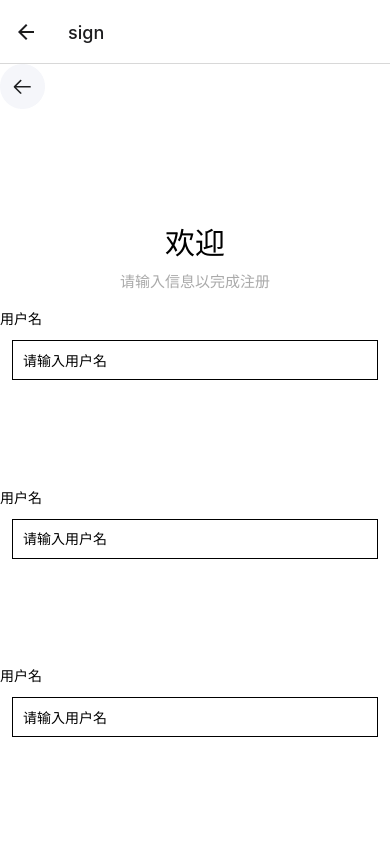
Repository: eyebone/barManager
Screen: /sign
The author's editor kept a copy of each file at every save. The screen is drawn from the files as they stood at one save, then again after the next save.
The app was drawn by React Native's web renderer in a window 390 px wide. The project was rebuilt for these pictures with package versions that can differ from the ones it lists, and the page was loaded fresh each time. Some packages were replaced by stand-ins written for this rebuild. Also part of the build but not shown: components/EmojiPicker.js, components/Button.js, components/ImageViewer.js, components/circleButton.js, components/IconButton.js, view/ViewOne.js.

Above is the screen before, as saved 2023-06-26 10:12:20.

### App.js
// In App.js in a new project

import * as React from 'react';
import { Button, View, Text } from 'react-native';
import { NavigationContainer } from '@react-navigation/native';
import { createNativeStackNavigator } from '@react-navigation/native-stack';
import { ViewOne } from './view/ViewOne';
import { SignView } from './view/Sign';
//
function HomeScreen({ navigation }) {
  return (
    <View style={{ flex: 1, alignItems: 'center', justifyContent: 'center' }}>
      <Text>Home Screen</Text>
      <Button
        title="Go to Details"
        onPress={() => navigation.navigate('test')}
      />
      <Button
              title="Go to Sign"
              onPress={() => navigation.navigate('sign')}
            />
    </View>
  );
}

function DetailsScreen() {
  return (
    <View style={{ flex: 1, alignItems: 'center', justifyContent: 'center' }}>
      <Text>Details Screen</Text>
    </View>
  );
}

const Stack = createNativeStackNavigator();

function App() {
  return (
    <NavigationContainer>
      <Stack.Navigator>
        <Stack.Screen name="Home"
        component={HomeScreen} />
         <Stack.Screen name="test"
          component={ViewOne} />
          <Stack.Screen name="sign"
                    component={SignView} />
        </Stack.Navigator>
    </NavigationContainer>
  );
}

export default App;

### view/Sign.js
import { StatusBar } from "expo-status-bar";
import { StyleSheet, View, Text } from "react-native";
import Button from "../components/Button";
import ImageViewer from "../components/ImageViewer";
import * as ImagePicker from "expo-image-picker";
import { useState } from "react";
const PlaceholderImage = require("../assets/images/background-image.png");
import * as React from "react";
import {
  FlatList,
  Image,
  Platform,
  Pressable,
  PixelRatio,
  TextInput,
} from "react-native";

//import {Text } from 'react-native';

export function SignView() {
  return (
    <View style={styles.container}>
      <Image source={require("../assets/bar/Back.png")} />
      <View style={styles.welcomeContainer}>
        <Text style={styles.welcomeText} numberOfLines={1}>
          欢迎
        </Text>
        <Text style={styles.infoText}>请输入信息以完成注册</Text>
      </View>
      <View style={styles.inputBar}>
        <Text>用户名</Text>
        <TextInput
          style={styles.input}
          placeholder="请输入用户名"
          //          onChangeText={onChange}
        />
      </View>
      <View style={styles.inputBar}>
        <Text>用户名</Text>
        <TextInput
          style={styles.input}
          placeholder="请输入用户名"
          //          onChangeText={onChange}
        />
      </View>
      <View style={styles.inputBar}>
        <Text>用户名</Text>
        <TextInput
          style={styles.input}
          placeholder="请输入用户名"
          //          onChangeText={onChange}
        />
      </View>
    </View>
  );
}

const styles = StyleSheet.create({
  container: {
    flex: 1,
    flexDirection: "column",
    backgroundColor: "#fff",
    //    alignItems: 'center',
  },
  welcomeContainer: {
    flex: 1,
    backgroundColor: "#fff",
    alignItems: "center",
    marginTop: 110,
    height: 60,
  },
  welcomeText: {
    fontSize: PixelRatio.getFontScale() * 30,
    //    fontFamily: STKaiti,
  },
  infoText: {
    color: "#aaa",
    fontSize: PixelRatio.getFontScale() * 15,
    lineHeight: 38,
  },
  imageContainer: {
    flex: 1,
    paddingTop: 58,
  },
  footerContainer: {
    flex: 1 / 3,
    alignItems: "center",
    backgroundColor: "#500B82",
    width: 370,
    height: 57,
    bottom: 0,
    //      marginTop: 600,
    //      paddingTop: 737,
  },
  inputBar: {
    flex: 2,
    //      height: 57,
    //      lineHeight: 40,
  },
  input: {
    height: 40,
    margin: 12,
    borderWidth: 1,
    padding: 10,
  },
});

After the next save:
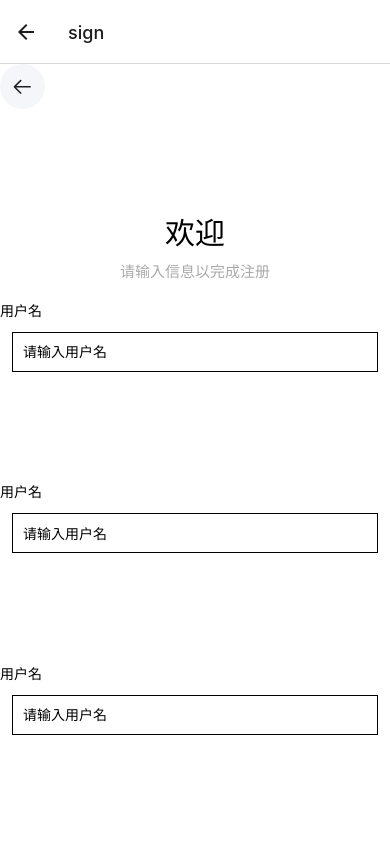
Saved 7 s later.
--- a/view/Sign.js
+++ b/view/Sign.js
@@ -66,7 +66,7 @@ const styles = StyleSheet.create({
     flex: 1,
     backgroundColor: "#fff",
     alignItems: "center",
-    marginTop: 110,
+    marginTop: 100,
     height: 60,
   },
   welcomeText: {
